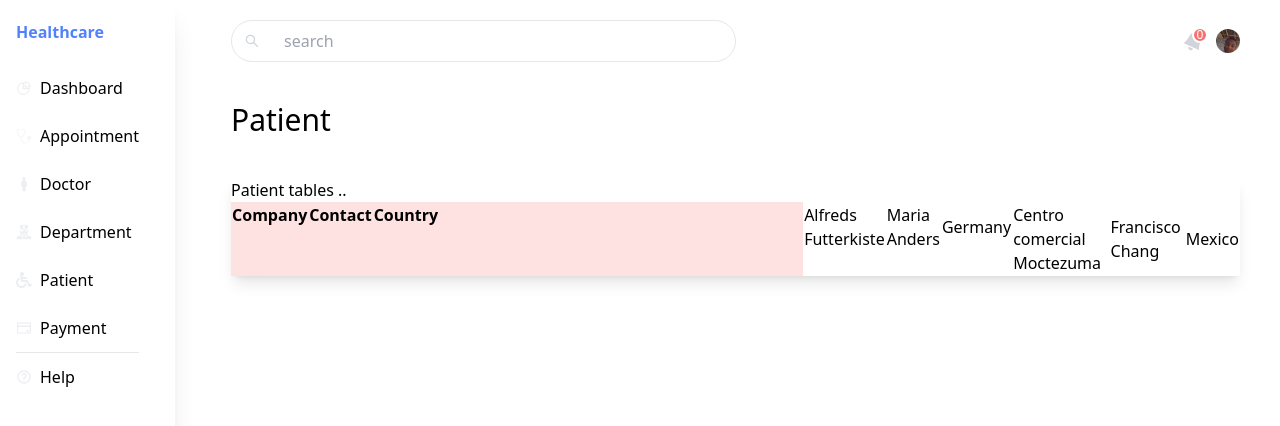
Repository: hisreal123/healthcare-dashboard
Page: /patient
The author's editor kept a copy of each file at every save. The page is drawn from the files as they stood at one save, then again after a run of saves.
The browser window is 1280 px wide. The pictures show the whole page.
The project was rebuilt for these pictures with package versions that can differ from the ones it lists, and the page was loaded fresh each time. Also part of the build but not shown: vite.config.ts, src/routes/Error.tsx, src/views/Dashboard.tsx, components/tables/AppointementTable.tsx, src/views/Appointment.tsx, src/views/Doctor.tsx, src/views/Department.tsx, src/views/Payment.tsx and 1 more.

Above is the page before, as saved 2023-05-05 19:02:05.

After the next 2 saves:
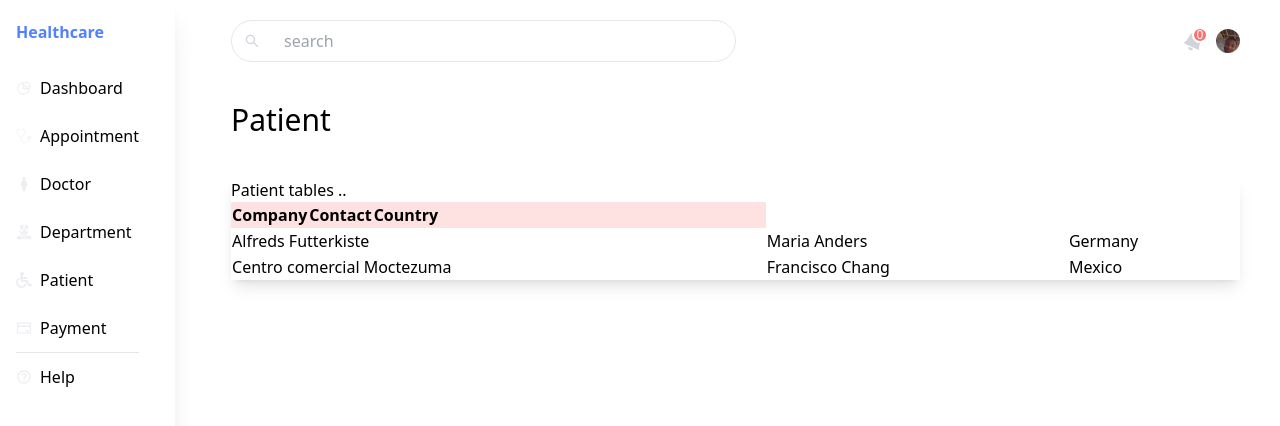
The 2 saves are shown as one change because they came seconds apart.
The last was saved 8 s later.
--- a/components/tables/PatientsTable.tsx
+++ b/components/tables/PatientsTable.tsx
@@ -38,8 +38,8 @@ export default function PatientTable({ patientStyle }: PatientTableProps) {
     const PTable = () => {
         return (
             <>
-                <table className="relative w-full flex">
-                    <tr className='w-full bg-red-100'>
+                <table className="relative w-full ">
+                    <tr className='w-full bg-red-100 flex'>
                         <th>Company</th>
                         <th>Contact</th>
                         <th>Country</th>
